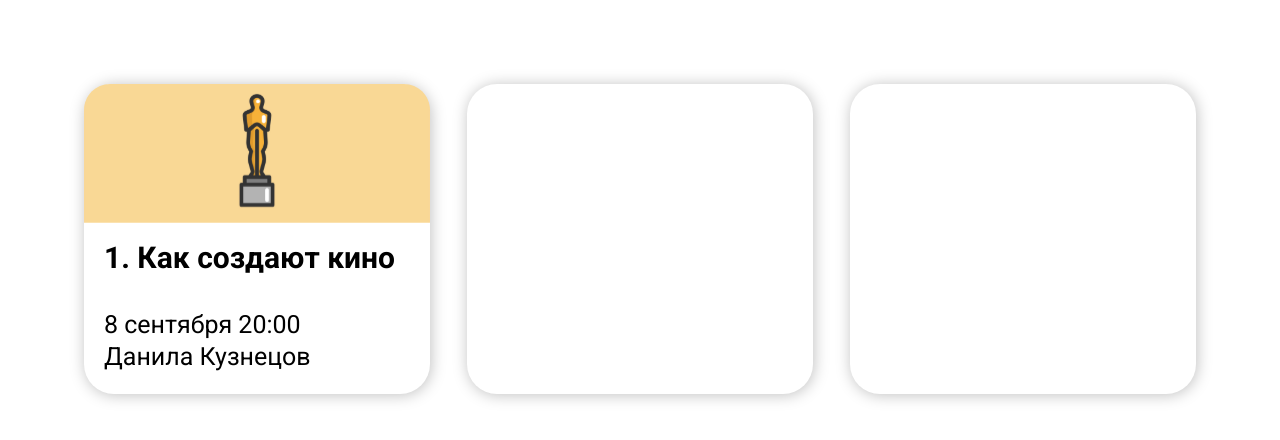
Repository: AytacSafarova/Grid-template
Page: index.html
These files come from the project's save history. The page is drawn as it stood at one moment and after the next save; the edit follows.
The browser window is 1280 px wide. The pictures show the whole page.

Above is the page before, as saved 2023-05-06 18:47:43.

After the next save:
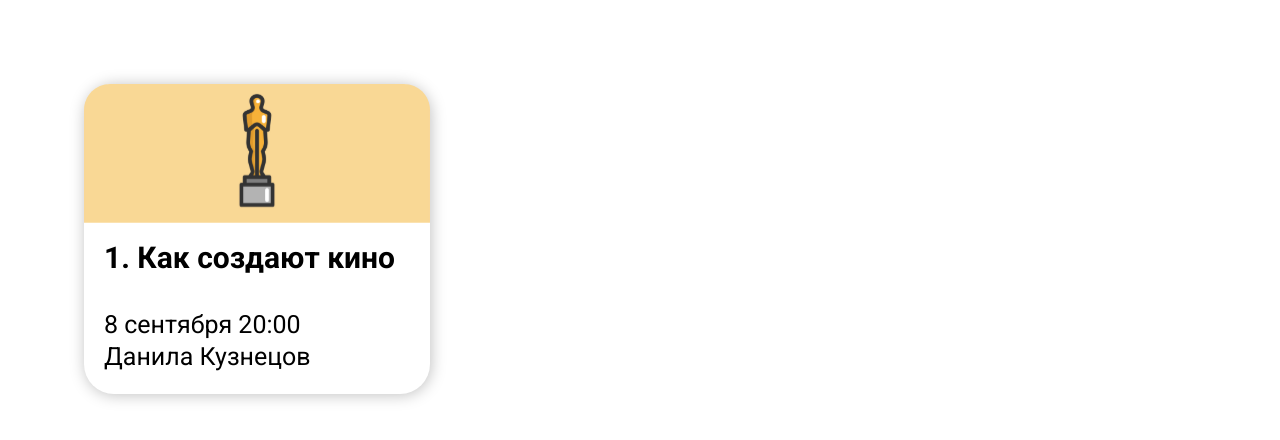
Saved 12 s later.
--- a/index.html
+++ b/index.html
@@ -27,13 +27,7 @@
                 Данила Кузнецов</p>
 
         </div>
-        <div class="card">
 
-        </div>
-        <div class="card">
-
-        </div>
-        <div class="card">
 
         </div>
 
